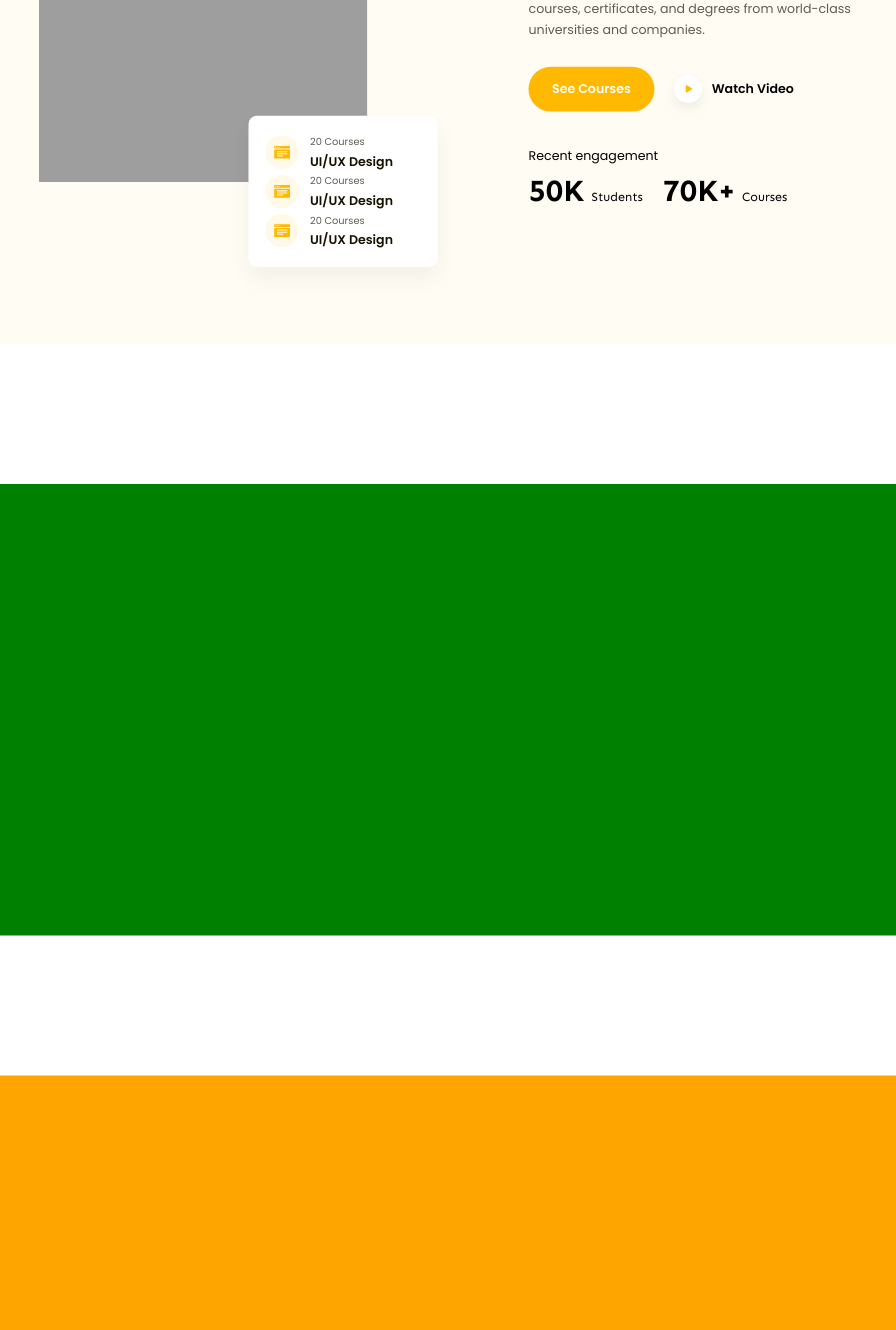
Repository: kauittt/LTWEB
Page: index.html
An editor plug-in stored every save of this project. The page is shown before and after the next save, followed by the edit.
The browser window is 1280 px wide. The pictures show the part of the page from y = 408 to 2308 px (the page is 4909 px tall), at 70% of full size.
Pictures or frames that could not be fetched are drawn as grey boxes.

Above is the page before, as saved 2023-01-18 13:52:38.

### index.html
<!DOCTYPE html>
<html lang="en">
    <head>
        <meta charset="UTF-8" />
        <meta http-equiv="X-UA-Compatible" content="IE=edge" />
        <meta name="viewport" content="width=device-width, initial-scale=1.0" />
        <title>F8-PROJECT-02</title>
        <!--* favicon  -->
        <link rel="icon" type="image/x-icon" href="./assets/img/f8-icon.png" />
        <!--* font awesome -->
        <link
            rel="stylesheet"
            href="https://cdnjs.cloudflare.com/ajax/libs/font-awesome/6.2.1/css/all.min.css"
        />
        <link rel="preconnect" href="https://cdnjs.cloudflare.com" />
        <!--* css -->
        <link rel="stylesheet" href="./assets/css/reset.css" />
        <link rel="stylesheet" href="./assets/font/stylesheet.css" />
        <link rel="stylesheet" href="./assets/css/styles.css" />
    </head>
    <body>
        <div id="container">
            <div id="header">
                <div class="content header-wrap">
                    <nav class="header-nav">
                        <img src="./assets/img/logo.svg" alt="Lesson." />

                        <div class="header-nav-list">
                            <div
                                class="header-nav-list__item header-nav-list__item--selected"
                            >
                                Home
                            </div>
                            <div class="header-nav-list__item">Courses</div>
                            <div class="header-nav-list__item">Pricing</div>
                            <div class="header-nav-list__item">Reviews</div>
                        </div>

                        <div class="btn header-nav-btn">Sign Up</div>
                    </nav>

                    <div class="header-hero">
                        <div class="header-hero-img">
                            <img
                                src="https://plus.unsplash.com/premium_photo-1668383776856-618354131aa0?ixlib=rb-4.0.3&ixid=MnwxMjA3fDB8MHxwaG90by1wYWdlfHx8fGVufDB8fHx8&auto=format&fit=crop&w=1887&q=80"
                                alt="Avatar"
                                class="header-hero-img__item"
                            />

                            <div class="header-hero-img-infor">
                                <div class="header-hero-img-infor-item">
                                    <img
                                        src="./assets/img/header/item1.svg"
                                        alt="Desgin"
                                    />

                                    <div
                                        class="header-hero-img-infor-item-desc"
                                    >
                                        <p
                                            class="header-hero-img-infor-item-desc__quantity"
                                        >
                                            20 Courses
                                        </p>
                                        <p
                                            class="header-hero-img-infor-item-desc__name"
                                        >
                                            UI/UX Design
                                        </p>
                                    </div>
                                </div>

                                <div class="header-hero-img-infor-item">
                                    <img
                                        src="./assets/img/header/item1.svg"
                                        alt="Desgin"
                                    />

                                    <div
                                        class="header-hero-img-infor-item-desc"
                                    >
                                        <p
                                            class="header-hero-img-infor-item-desc__quantity"
                                        >
                                            20 Courses
                                        </p>
                                        <p
                                            class="header-hero-img-infor-item-desc__name"
                                        >
                                            UI/UX Design
                                        </p>
                                    </div>
                                </div>

                                <div class="header-hero-img-infor-item">
                                    <img
                                        src="./assets/img/header/item1.svg"
                                        alt="Desgin"
                                    />

                                    <div
                                        class="header-hero-img-infor-item-desc"
                                    >
                                        <p
                                            class="header-hero-img-infor-item-desc__quantity"
                                        >
                                            20 Courses
                                        </p>
                                        <p
                                            class="header-hero-img-infor-item-desc__name"
                                        >
                                            UI/UX Design
                                        </p>
                                    </div>
                                </div>
                            </div>
                        </div>

                        <div class="header-hero-content">
                            <p class="sen header-hero-content__heading">
                                Learn without limits and spread knowledge.
                            </p>

                            <p class="header-hero-content__desc">
                                Build new skills for that “this is my year”
                                feeling with courses, certificates, and degrees
                                from world-class universities and companies.
                            </p>

                            <div class="header-hero-content-link">
                                <div class="btn header-hero-content-link__btn">
                                    See Courses
                                </div>
                                <div class="header-hero-content-link__video">
                                    <!-- <img
                                        src="./assets/img/header/play.svg"
                                        alt="play"
                                    /> -->
                                    <i class="fa-solid fa-play"></i>
                                    Watch Video
                                </div>
                            </div>

                            <p class="header-hero-content__more">
                                Recent engagement
                            </p>

                            <div class="header-hero-content-data">
                                <p class="sen header-hero-content-data__item">
                                    <span class="number">50K</span>Students
                                </p>

                                <p class="sen header-hero-content-data__item">
                                    <span class="number">70K+</span>Courses
                                </p>
                            </div>
                        </div>
                    </div>
                </div>
            </div>

            <div id="courses">
                <div class="content courses-wrap"></div>
            </div>

            <div id="testi">
                <content class="content testi-wrap"> </content>
            </div>

            <div id="features">
                <div class="content features-wrap"></div>
            </div>

            <div id="cta">
                <div class="content cta-wrap"></div>
            </div>

            <div id="blog">
                <div class="content blog-wrap"></div>
            </div>

            <div id="footer">
                <div class="content footer-wrap"></div>
            </div>
        </div>
    </body>
</html>

### assets/font/stylesheet.css
/*! Sen */
@font-face {
    font-family: "Sen";
    src: url("Sen/Sen-Regular.woff2") format("woff2"),
        url("Sen/Sen-Regular.woff") format("woff");
    font-weight: normal;
    font-style: normal;
    font-display: swap;
}

@font-face {
    font-family: "Sen";
    src: url("Sen/Sen-ExtraBold.woff2") format("woff2"),
        url("Sen/Sen-ExtraBold.woff") format("woff");
    font-weight: bold;
    font-style: normal;
    font-display: swap;
}

@font-face {
    font-family: "Sen";
    src: url("Sen/Sen-Bold.woff2") format("woff2"),
        url("Sen/Sen-Bold.woff") format("woff");
    font-weight: bold;
    font-style: normal;
    font-display: swap;
}
/*! sen  */

/*! Poppins */
@font-face {
    font-family: "Poppins";
    src: url("Poppins/Poppins-ExtraBoldItalic.woff2") format("woff2"),
        url("Poppins/Poppins-ExtraBoldItalic.woff") format("woff");
    font-weight: bold;
    font-style: italic;
    font-display: swap;
}

@font-face {
    font-family: "Poppins";
    src: url("Poppins/Poppins-ExtraBold.woff2") format("woff2"),
        url("Poppins/Poppins-ExtraBold.woff") format("woff");
    font-weight: bold;
    font-style: normal;
    font-display: swap;
}

@font-face {
    font-family: "Poppins";
    src: url("Poppins/Poppins-BlackItalic.woff2") format("woff2"),
        url("Poppins/Poppins-BlackItalic.woff") format("woff");
    font-weight: 900;
    font-style: italic;
    font-display: swap;
}

@font-face {
    font-family: "Poppins";
    src: url("Poppins/Poppins-BoldItalic.woff2") format("woff2"),
        url("Poppins/Poppins-BoldItalic.woff") format("woff");
    font-weight: bold;
    font-style: italic;
    font-display: swap;
}

@font-face {
    font-family: "Poppins";
    src: url("Poppins/Poppins-Bold.woff2") format("woff2"),
        url("Poppins/Poppins-Bold.woff") format("woff");
    font-weight: bold;
    font-style: normal;
    font-display: swap;
}

@font-face {
    font-family: "Poppins";
    src: url("Poppins/Poppins-Black.woff2") format("woff2"),
        url("Poppins/Poppins-Black.woff") format("woff");
    font-weight: 900;
    font-style: normal;
    font-display: swap;
}

@font-face {
    font-family: "Poppins";
    src: url("Poppins/Poppins-ExtraLight.woff2") format("woff2"),
        url("Poppins/Poppins-ExtraLight.woff") format("woff");
    font-weight: 200;
    font-style: normal;
    font-display: swap;
}

@font-face {
    font-family: "Poppins";
    src: url("Poppins/Poppins-ExtraLightItalic.woff2") format("woff2"),
        url("Poppins/Poppins-ExtraLightItalic.woff") format("woff");
    font-weight: 200;
    font-style: italic;
    font-display: swap;
}

@font-face {
    font-family: "Poppins";
    src: url("Poppins/Poppins-Italic.woff2") format("woff2"),
        url("Poppins/Poppins-Italic.woff") format("woff");
    font-weight: normal;
    font-style: italic;
    font-display: swap;
}

@font-face {
    font-family: "Poppins";
    src: url("Poppins/Poppins-Light.woff2") format("woff2"),
        url("Poppins/Poppins-Light.woff") format("woff");
    font-weight: 300;
    font-style: normal;
    font-display: swap;
}

@font-face {
    font-family: "Poppins";
    src: url("Poppins/Poppins-LightItalic.woff2") format("woff2"),
        url("Poppins/Poppins-LightItalic.woff") format("woff");
    font-weight: 300;
    font-style: italic;
    font-display: swap;
}

@font-face {
    font-family: "Poppins";
    src: url("Poppins/Poppins-Medium.woff2") format("woff2"),
        url("Poppins/Poppins-Medium.woff") format("woff");
    font-weight: 500;
    font-style: normal;
    font-display: swap;
}

@font-face {
    font-family: "Poppins";
    src: url("Poppins/Poppins-MediumItalic.woff2") format("woff2"),
        url("Poppins/Poppins-MediumItalic.woff") format("woff");
    font-weight: 500;
    font-style: italic;
    font-display: swap;
}

@font-face {
    font-family: "Poppins";
    src: url("Poppins/Poppins-Regular.woff2") format("woff2"),
        url("Poppins/Poppins-Regular.woff") format("woff");
    font-weight: normal;
    font-style: normal;
    font-display: swap;
}

@font-face {
    font-family: "Poppins";
    src: url("Poppins/Poppins-SemiBold.woff2") format("woff2"),
        url("Poppins/Poppins-SemiBold.woff") format("woff");
    font-weight: 600;
    font-style: normal;
    font-display: swap;
}

@font-face {
    font-family: "Poppins";
    src: url("Poppins/Poppins-SemiBoldItalic.woff2") format("woff2"),
        url("Poppins/Poppins-SemiBoldItalic.woff") format("woff");
    font-weight: 600;
    font-style: italic;
    font-display: swap;
}

@font-face {
    font-family: "Poppins";
    src: url("Poppins/Poppins-Thin.woff2") format("woff2"),
        url("Poppins/Poppins-Thin.woff") format("woff");
    font-weight: 100;
    font-style: normal;
    font-display: swap;
}

@font-face {
    font-family: "Poppins";
    src: url("Poppins/Poppins-ThinItalic.woff2") format("woff2"),
        url("Poppins/Poppins-ThinItalic.woff") format("woff");
    font-weight: 100;
    font-style: italic;
    font-display: swap;
}
/*! Poppins */

### assets/css/styles.css
* {
    box-sizing: border-box;
}

html {
    font-size: 62.5%;
}

body {
    font-size: 1.6rem;
    font-weight: 400;
    font-family: "Poppins", sans-serif;
}

/*! COMMON */
.sen {
    font-family: "Sen", sans-serif;
}

.content {
    width: 1170px;
    max-width: calc(100% - 48px);
    margin-left: auto;
    margin-right: auto;
}

:root {
    --bg-color: #fffcf4;
    --primary-color: #ffb900;
    --text-normal: #5f5b53;
    --text-bold: #171100;
}

.btn {
    min-width: 118px;
    padding: 17px 27px;
    text-align: center;
    font-weight: 600;
    background-color: var(--text-bold);
    color: #ffffff;
    border-radius: 25px;
}

#container {
    display: flex;
    flex-direction: column;
}

/*! HERO */
#header {
    height: 900px;
    background: var(--bg-color);
}

.header-wrap {
}

.header-nav {
    display: flex;
    justify-content: space-between;
    align-items: center;
    margin-top: 36px;
}

.header-nav-list {
    display: flex;
    column-gap: 42px;
    margin-right: -473px;
}

.header-nav-list__item {
    font-weight: 400;
    font-size: 1.6rem;
    line-height: 1.75;
    color: var(--text-normal);
}

.header-nav-list__item--selected {
    color: var(--text-bold);
    font-weight: 600;
}

.header-nav-btn {
    font-weight: 600;
    font-size: 1.6rem;
    padding: 17px 41.25px;
}

.header-hero {
    display: flex;
    justify-content: space-between;
    margin-top: 64px;
}

.header-hero-img {
    width: 40.17%;
    position: relative;
}

.header-hero-img__item {
    width: 100%;
    height: 685px;
    object-fit: contain;
    border-radius: 20px;
}

.header-hero-img-infor {
    min-width: 270px;
    padding: 24px;
    position: absolute;
    bottom: 48px;
    right: -100px;
    background-color: #fff;
    box-shadow: 0px 16px 32px rgba(0, 0, 0, 0.05);
    border-radius: 12px;
}

.header-hero-img-infor-item {
    display: flex;
    align-items: center;
}

.header-hero-img-infor-item-desc {
    margin-left: 16px;
}

.header-hero-img-infor-item-desc__quantity {
    font-weight: 400;
    font-size: 1.4rem;
    line-height: 1.86;
    color: var(--text-normal);
}

.header-hero-img-infor-item-desc__name {
    font-weight: 600;
    font-size: 1.8rem;
    line-height: 1.67;
    color: var(--text-bold);
}

.header-hero-content {
    width: 40.17%;
}

.header-hero-content__heading {
    font-weight: 700;
    font-size: 5.8rem;
    line-height: 1.17;
    letter-spacing: -0.02em;
}

.header-hero-content__desc {
    font-weight: 400;
    font-size: 1.8rem;
    line-height: 1.67;
    color: var(--text-normal);
    margin-top: 22px;
    margin-bottom: 38px;
}

.header-hero-content-link {
    display: flex;
    align-items: center;
}

.header-hero-content-link__btn {
    margin-right: 28px;
    padding: 17px 33.5px;
    background-color: var(--primary-color);
    border-radius: 32px;
}

.header-hero-content-link__video,
.header-hero-content-link__btn {
    font-weight: 600;
    font-size: 1.8rem;
    line-height: 1.67;
}

.header-hero-content-link__video {
    display: flex;
    align-items: center;
    position: relative;
}

.header-hero-content-link__video i {
    /* line-height: 72px; */
    width: 40px;
    height: 40px;
    background: white;
    border-radius: 50%;
    box-shadow: 0px 8px 16px rgba(0, 0, 0, 0.07);
    color: var(--primary-color);
    margin-right: 14px;
}

.fa-play:before {
    position: absolute;
    top: 50%;
    transform: translate(17px, -50%);
    font-size: 12px;
}

.header-hero-content__more {
    font-weight: 400;
    font-size: 1.8rem;
    line-height: 1.67;
    margin-top: 48px;
    margin-bottom: 8px;
}

.header-hero-content-data {
    display: flex;
}

.header-hero-content-data__item {
    font-weight: 400;
    font-size: 1.8rem;
    line-height: 1.67;
    margin-right: 28px;
}

.header-hero-content-data__item .number {
    font-weight: 700;
    font-size: 4.4rem;
    line-height: 1.23;
    margin-right: 10px;
}

/*! COURSES */
#courses {
    height: 645px;
    margin-top: 200px;
    margin-bottom: 200px;
    background: green;
}

.courses-wrap {
}

/*! TESTI */
#testi {
    height: 380px;
    background: orange;
}

.testi-wrap {
}

/*! FEATURES */
#features {
    height: 438px;
    background: #777;
}

.features-wrap {
}

/*! CTA */
#cta {
    height: 440px;
    margin-top: 200px;
    margin-bottom: 200px;
    background: #999;
}

.cta-wrap {
}

/*! BLOG */
#blog {
    height: 878px;
    background: #ccc;
}

.blog-wrap {
}

/*! FOOTER */
#footer {
    height: 428px;
    background: #666;
}

.footer-wrap {
}

Loaded but not shown: assets/css/reset.css (common file)

After the next save:
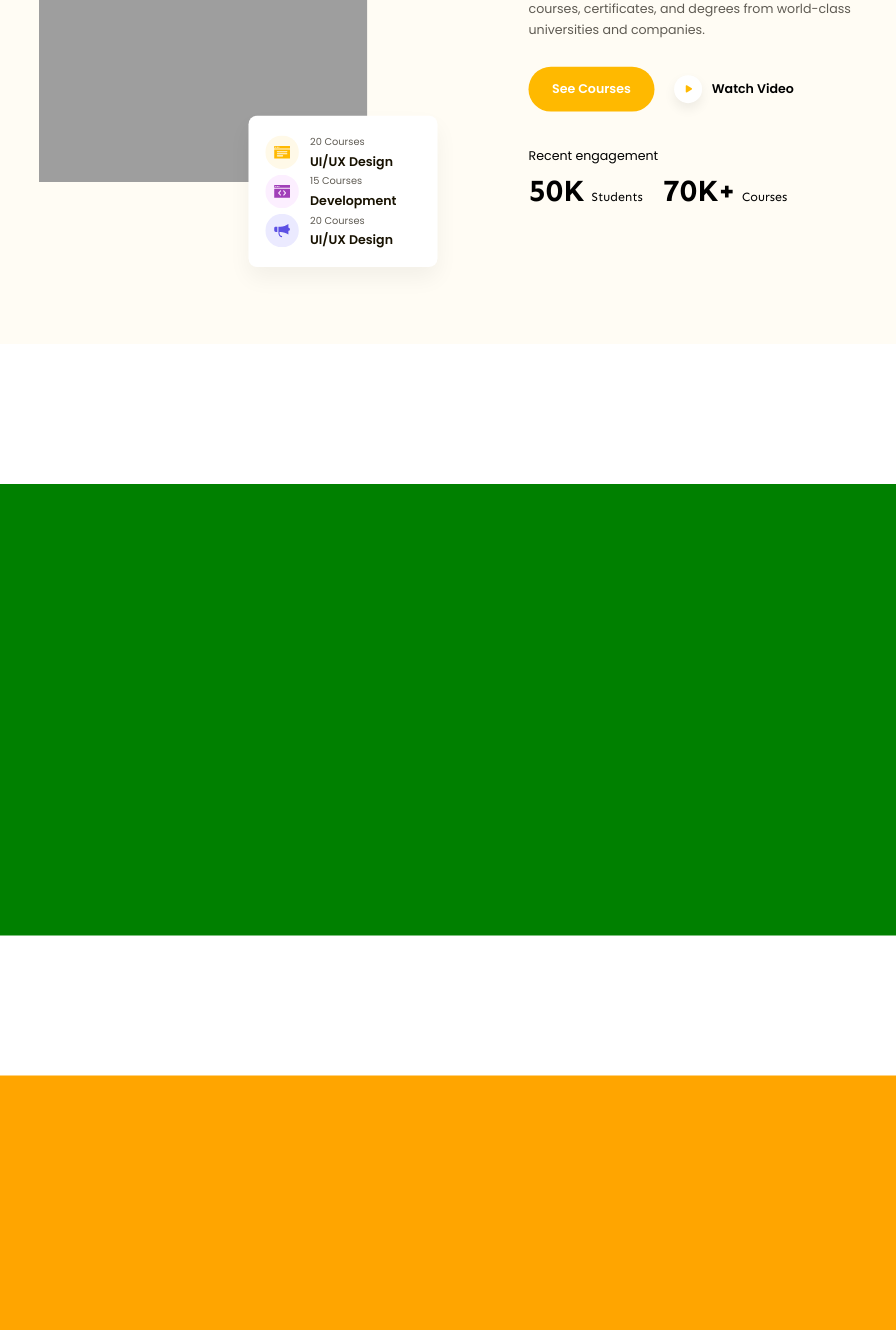
Saved 35 s later.
--- a/index.html
+++ b/index.html
@@ -72,7 +72,7 @@
 
                                 <div class="header-hero-img-infor-item">
                                     <img
-                                        src="./assets/img/header/item1.svg"
+                                        src="./assets/img/header/item2.svg"
                                         alt="Desgin"
                                     />
 
@@ -82,19 +82,19 @@
                                         <p
                                             class="header-hero-img-infor-item-desc__quantity"
                                         >
-                                            20 Courses
+                                            15 Courses
                                         </p>
                                         <p
                                             class="header-hero-img-infor-item-desc__name"
                                         >
-                                            UI/UX Design
+                                            Development
                                         </p>
                                     </div>
                                 </div>
 
                                 <div class="header-hero-img-infor-item">
                                     <img
-                                        src="./assets/img/header/item1.svg"
+                                        src="./assets/img/header/item3.svg"
                                         alt="Desgin"
                                     />
 
